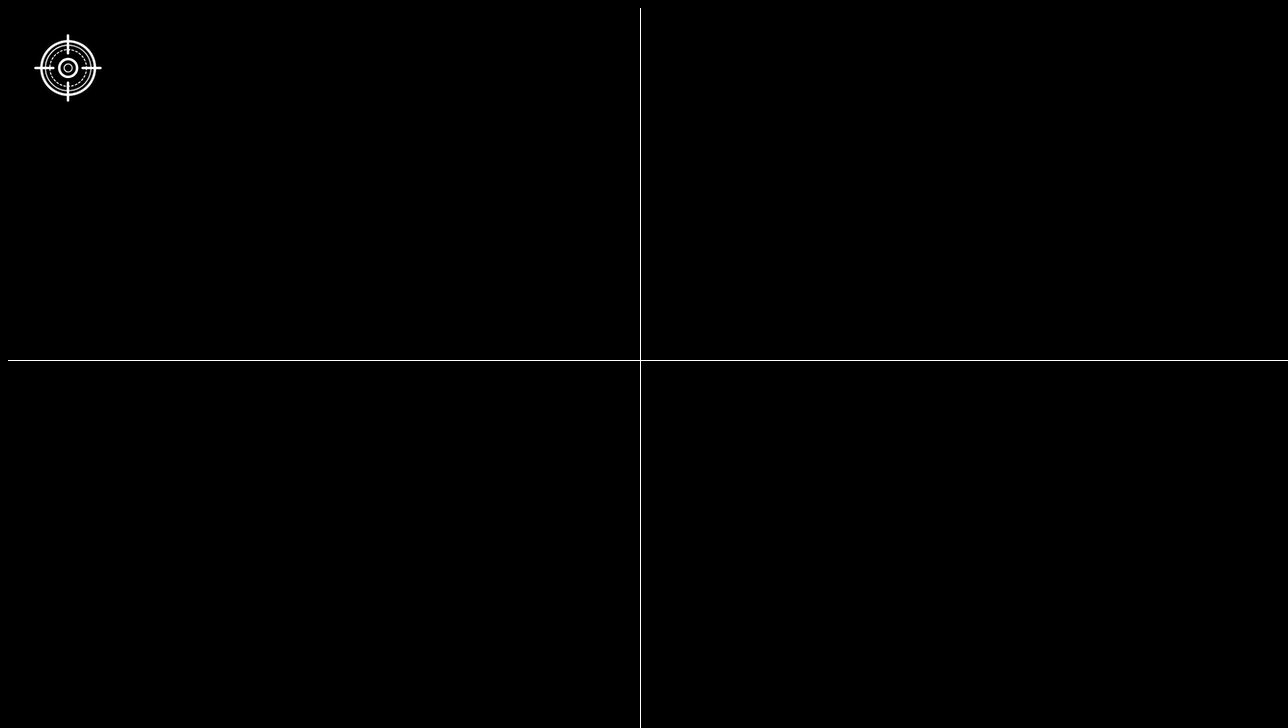
Repository: GoodHoneyCake/Dream_Coding_Academy5
Page: coordinates/index.html
An editor plug-in stored every save of this project. The page is shown before and after the next save, followed by the edit.
The browser window is 1280 px wide. The page is 1288 px wide, so the pictures cover 1288 px, including what lies to the right of the window. The pictures show the whole page.

Above is the page before, as saved 2021-01-28 14:58:53.

After the next save:
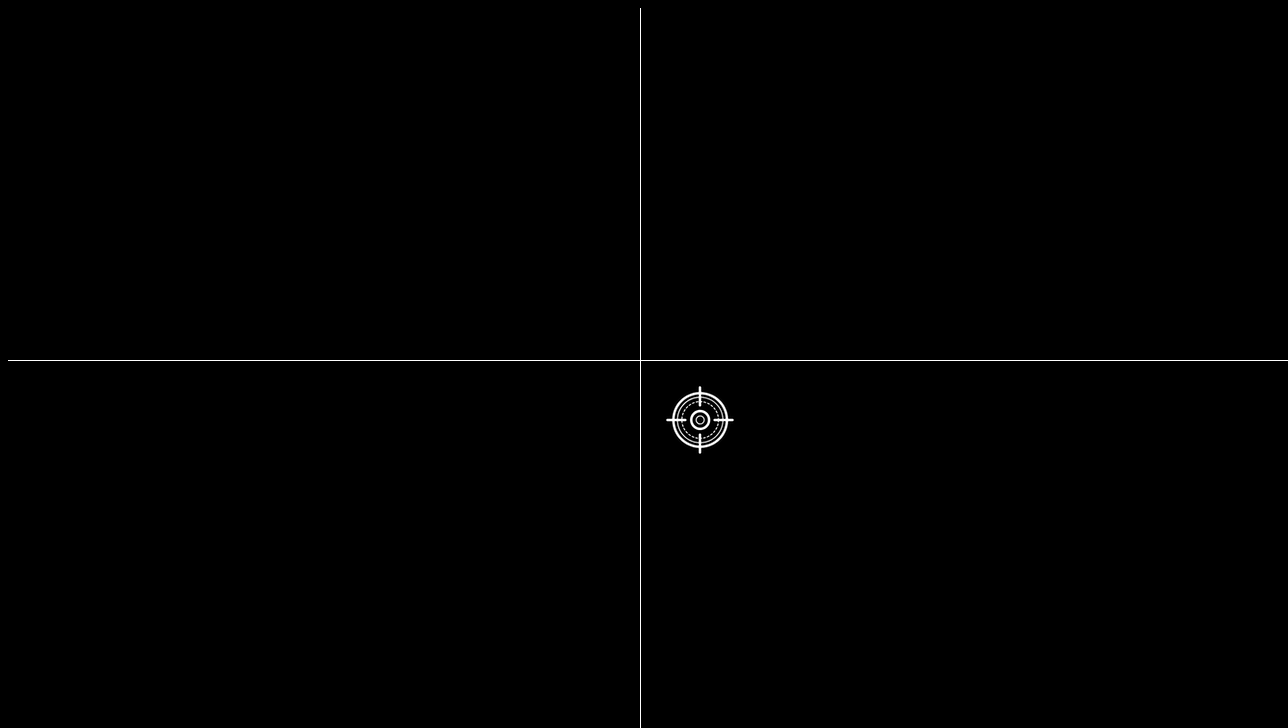
Saved 10 s later.
--- a/coordinates/style.css
+++ b/coordinates/style.css
@@ -21,4 +21,6 @@ body {
 
 .target {
   position: absolute;
+  top: 50%;
+  left: 50%;
 }
